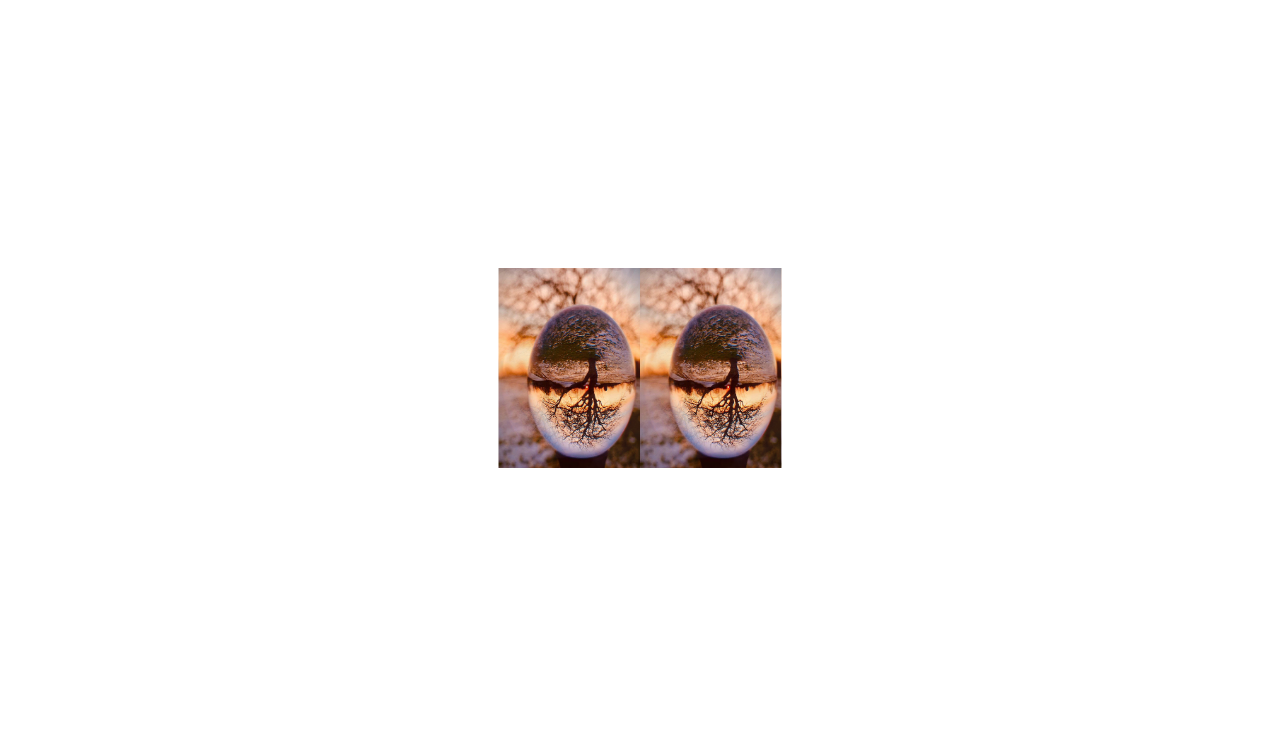
Repository: SavvyChic42/Rotating-3D-Image-Previewer-Cube-using-CSS
Page: index.html
These files come from the project's save history. The page is drawn as it stood at one moment and after the next save; the edit follows.
The browser window is 1280 px wide. The pictures show the whole page.

Above is the page before, as saved 2024-06-19 14:34:01.

After the next save:
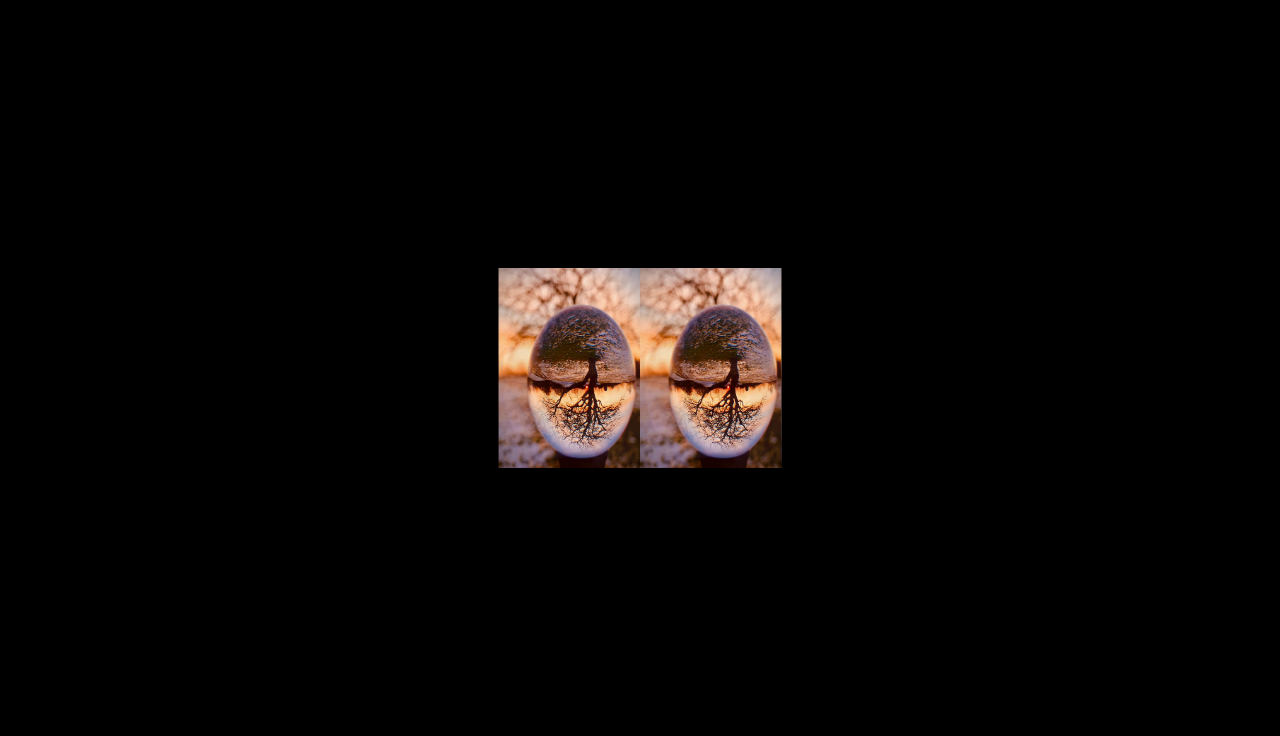
Saved 4 s later.
--- a/style.css
+++ b/style.css
@@ -4,7 +4,7 @@ body {
 	height: 100vh;
 	justify-content: center;
 	align-items: center;
-	background: #00;
+	background: #000000;
 }
 
 .cube {
